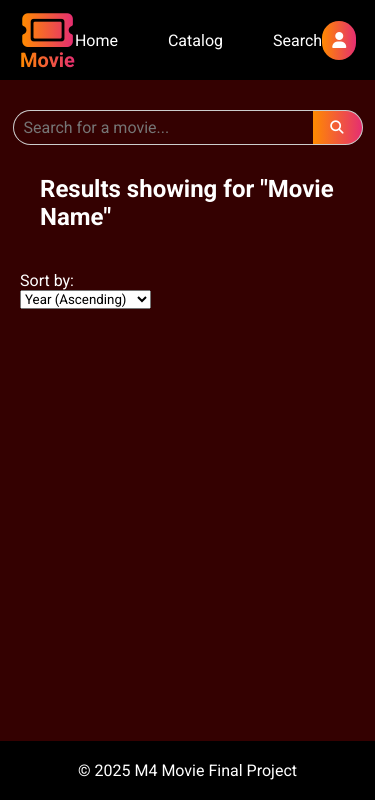
Repository: avivanguyen/m4_movie-FinalProject
Page: index.html
These files come from the project's save history. The page is drawn as it stood at one moment and after a run of saves; the edit follows.
The browser window is 375 px wide. The pictures show the whole page.
Some web libraries are served in a nearby version.

Above is the page before, as saved 2025-12-30 08:07:42.

### index.html
<!DOCTYPE html>
<html lang="en">
<head>
    <meta charset="UTF-8">
    <meta name="viewport" content="width=device-width, initial-scale=1.0">
    <title>M4 Movie Final Project</title>
    <link rel="stylesheet" href="styles.css">
    <script src="script.js" defer></script>
    <script src="https://kit.fontawesome.com/2588cf0bac.js" crossorigin="anonymous"></script>
</head>
<body>
    <nav>
        <div class="logo">
            <i class="fa-solid fa-ticket logo__ticket"></i>
            <h1 class="logo__title">Movie</h1>
        </div>
        <ul class="nav-links">
            <li><a href="#">Home</a></li>
            <li><a href="#">Catalog</a></li>
            <li><a href="#">Search</a></li>
        </ul>
        <div class="login">
            <button>
                <a href="#">
                    <i class="fa-solid fa-user login__icon"></i>
                    <span class="login__text">Login</span>
                </a>
            </button>
        </div>
    </nav>
    <main>
        <section class="search-section">
            <input type="text" id="search-input" placeholder="Search for a movie..." onchange="onSearchMovie(event)">
            <button id="search-button"><i class="fa-solid fa-magnifying-glass"></i></button>
        </section>
        <section class="results__section">
            <div id="results__container">
                <div class="breadcrumb">
                    <h2>Results showing for "<span id="search-term">Movie Name</span>"</h2>
                </div>
                <div class="sort">
                    <label for="sort-select">Sort by:</label>
                    <select id="sort-select" onchange="onSortChange(event)">
                        <option value="year-ascending">Year (Ascending)</option>
                        <option value="year-descending">Year (Descending)</option>
                        <option value="title-ascending">Movie Title (A-Z)</option>
                        <option value="title-descending">Movie Title (Z-A)</option>
                    </select>
                </div>
                <div class="loading hidden">
                    <i class="fa fa-spinner fa-spin"></i>
                </div>
                <div class="movie">
                    <div class="movie-card hidden">
                        <div class="movie-card__container" onclick="toggleModal()">
                            <div class="movie__poster">
                                <img src="./assets/movie_poster-placeholder.png" alt="">
                            </div>
                            <div class="movie__title">Movie Title</div>
                            <div class="movie__year">20XX</div>
                        </div>
                    </div>
                    <!-- <div class="movie-card">
                        <div class="movie-card__container" onclick="toggleModal()">
                            <div class="movie__poster">
                                <img src="./assets/movie_poster-placeholder.png" alt="">
                            </div>
                            <div class="movie__title">Movie Title</div>
                            <div class="movie__year">20XX</div>
                        </div>
                    </div>
                    <div class="movie-card">
                        <div class="movie-card__container" onclick="toggleModal()">
                            <div class="movie__poster">
                                <img src="./assets/movie_poster-placeholder.png" alt="">
                            </div>
                            <div class="movie__title">Movie Title</div>
                            <div class="movie__year">20XX</div>
                        </div>
                    </div>
                    <div class="movie-card">
                        <div class="movie-card__container" onclick="toggleModal()">
                            <div class="movie__poster">
                                <img src="./assets/movie_poster-placeholder.png" alt="">
                            </div>
                            <div class="movie__title">Movie Title</div>
                            <div class="movie__year">20XX</div>
                        </div>
                    </div>
                    <div class="movie-card">
                        <div class="movie-card__container" onclick="toggleModal()">
                            <div class="movie__poster">
                                <img src="./assets/movie_poster-placeholder.png" alt="">
                            </div>
                            <div class="movie__title">Movie Title</div>
                            <div class="movie__year">20XX</div>
                        </div>
                    </div>
                    <div class="movie-card">
                        <div class="movie-card__container" onclick="toggleModal()">
                            <div class="movie__poster">
                                <img src="./assets/movie_poster-placeholder.png" alt="">
                            </div>
                            <div class="movie__title">Movie Title</div>
                            <div class="movie__year">20XX</div>
                        </div>
                    </div> -->
                </div>
            </div>
        </section>
        <div class="modal">
            <div class="modal__half modal__poster">
                <figure>
                    <img src="./assets/movie_poster-placeholder.png" alt="">
                </figure>
            </div>
            <div class="modal__half modal__description">
                <h2 class="modal__title">Movie Title</h2>
                <p class="modal__year">20XX</p>
                <p class="modal__plot">Lorem ipsum dolor sit amet, consectetur adipiscing elit. Sed do eiusmod tempor incididunt ut labore et dolore magna aliqua.</p>
                <ul class="modal__details">
                    <li><strong>Director:</strong> Director Name</li>
                    <li><strong>Actors:</strong> Actor 1, Actor 2, Actor 3</li>
                    <li><strong>Runtime:</strong> XX min</li>
                </ul>
                <button class="watch">Watch Now</button>
            </div>
            <button class="close-button" onclick="toggleModal()">Close</button>
        </div>
    </main>
    <footer>
        <p>&copy; 2025 M4 Movie Final Project</p>
    </footer>
</body>
</html>

### styles.css
@import url('https://fonts.googleapis.com/css2?family=Roboto:ital,wght@0,100..900;1,100..900&display=swap');

* {
    margin: 0;
    padding: 0;
    box-sizing: border-box;
    font-family: 'Roboto', sans-serif;
}

body {
    background-color: #340101;
    min-height: 100vh;
    display: flex;
    flex-direction: column; /*ensures footer stays at bottom*/
}

a {
    text-decoration: none;
}

li {
    list-style: none;
}

.hidden {
    display: none !important;
}

/*
NAVIGATION STYLES
*/
nav {
    display: flex;
    justify-content: space-between;
    align-items: center;
    flex-direction: row;
    background-color: black;
    width: 100%;
    padding: 15px 40px;
}

.logo {
    display: flex;
    align-items: center;
    flex-direction: column;
}

.logo__ticket,
.logo__title {
    background: linear-gradient(90deg, #ff8a00, #e52e71);
    background-clip: text;
    -webkit-background-clip: text;
    -webkit-text-fill-color: transparent;
}

.logo__ticket {
    font-size: 45px;
    margin-bottom: -5px;
}

.logo__title {
    font-size: 20px;
}

.nav-links {
    display: flex;
    flex-direction: row;
    gap: 100px;
}

.nav-links a {
    color: white;
    font-size: 16px;
    transition: color 300ms ease;
}

.nav-links a:hover,
.close-button:hover {
    color: #ff8a00;
}

.login button,
.modal button.watch {
    background: linear-gradient(90deg, #ff8a00, #e52e71);
    border: none;
    padding: 10px 25px;
    border-radius: 50px;
    color: white;
    font-size: 16px;
    cursor: pointer;
    transition: transform 300ms ease;
}
.login button:hover,
.modal button.watch:hover {
    transform: scale(1.1);
}

.login a {
    color: white;
}


/*
SEARCH STYLES
*/
.search-section {
    display: flex;
    justify-content: center;
    align-items: center;
    margin: 30px 0;
}

#search-input {
    width: 400px;
    height: 35px;
    padding: 0 10px;
    font-size: 16px;
    border: 1.5px solid #ccc;
    border-right: none;
    border-radius: 50px 0 0 50px;
    outline: none;
    background-color: transparent;
    color: white;
}

#search-button {
    height: 35px;
    width: 50px;
    outline: none;
    border-radius: 0 50px 50px 0;
    border: 1.5px solid #ccc;
    border-left: none;
    cursor: pointer;
    background: linear-gradient(90deg, #ff8a00, #e52e71);
    transition: all 300ms ease;
    position: relative;
}
#search-button:hover {
    background: transparent;
    border: 2px solid transparent;
    background-image: linear-gradient(#340101, #340101), linear-gradient(90deg, #ff8a00, #e52e71);
    background-origin: border-box;
    background-clip: padding-box, border-box;
}

.search-section #search-button i {
    color: white;
}

/*
LOADING STYLES
*/
.loading {
    justify-content: center;
    align-items: center;
    margin-top: 20px;
    opacity: 1;
    transition: opacity 500ms ease-in-out;
}

.loading:not(.hidden) {
    display: flex;
}

.loading.hidden {
    opacity: 0;
    transition: opacity 500ms ease-in-out 1000ms;
}

.fa-spinner {
    font-size: 35px;
    color: white;
}

/*
RESULTS STYLES
*/
.breadcrumb {
    color: white;
    margin-left: 20px;
    margin-bottom: 40px;
}

.sort label {
    color: white;
    margin-right: 10px;
}

.sort {
    display: flex;
    justify-content: flex-end;
    align-items: center;
    margin-top: -65px;
}

.results__section {
    margin: 0 60px;
}

.movie {
    width: 100%;
    height: auto;
    padding: 0 80px;
    margin-top: 20px;
    display: flex;
    flex-direction: row;
    flex-wrap: wrap;
    justify-content: center;
}

.movie-card {
    cursor: pointer;
    margin: 15px;
    width: 200px; /*makes sure all cards are same size and that the text doesn't overflow*/
    display: flex;
    flex-direction: row;
    flex-wrap: wrap;
    justify-content: center;
    transition: transform 300ms ease;
}
.movie-card:hover {
    transform: scale(1.05);
    background-color: #4d0d0d;
    border-radius: 8px;
    box-shadow: 0 6px 12px #4d0d0d;
}

.movie-card__container {
    padding: 4px 18px;
}

.movie__poster img {
    width: 200px;
    height: 300px;
    box-shadow: 0 4px 8px rgba(0, 0, 0, 0.2);
}

.movie__title,
.movie__year {
    color: white;
    text-align: center;
    margin-top: 2px;
}

/*
MODAL STYLES
*/
.modal {
    display: flex;
    position: fixed;
    top: 50%;
    left: 50%;
    transform: translate(-50%, -50%);
    width: 90%;
    max-width: 1100px;
    background-color: #4b3434;
    box-shadow: 0 6px 12px #4d0d0d;
    visibility: hidden;
    transition: visibility 400ms, z-index 300ms ease;
}

.modal--open .modal {
    display: flex;
    z-index: 50;
    box-shadow: 0 6px 12px #4d0d0d;
    visibility: visible;
}

.modal__half {
    display: flex;
    flex-direction: column;
    justify-content: center;
    position: relative;
}

.modal__poster img {
    width: 100%;
}

.modal__description {
    padding: 80px;
    color: white;
    line-height: 2.5;
}

.watch {
    margin-top: auto;
    width: 50%;
    display: flex;
    justify-content: center;
    align-items: center;
    margin-left: 100px;
}

.close-button {
    position: absolute;
    top: 15px;
    right: 30px;
    font-size: 20px;
    color: white;
    cursor: pointer;
    background-color: transparent;
    border: none;
}

/*
FOOTER STYLES
*/
footer {
    text-align: center;
    padding: 20px 0;
    background-color: black;
    color: white;
    margin-top: auto;
}


/*
RESPONSIVE STYLES
*/
@media (max-width: 768px) {
    .nav-links {
            gap: 75px;
        }

    #search-input {
        width: 300px;
    }

    .movie-card {
        margin: 15px;
    }

    .modal__description {
        padding: 40px;
        line-height: 2;
    }

    .modal__details {
        margin-bottom: 15px;
    }

    .close-button {
        font-size: 18px;
    }
}

@media (max-width: 480px) {
    nav {
        padding: 8px 20px;
    }
    .nav-links {
        gap: 50px;
    }

    .login__text {
        display: none;
    }
    .login button {
        padding: 10px;
    }

    .sort {
        margin-top: 10px;
        display: flex;
        flex-direction: column;
        align-items: flex-start;}

    .movie-card {
        margin: 8px;
    }
    .movie__poster img {
        width: 150px;
        height: auto;
    }
    .movie__title, .movie__year {
        font-size: 20px;
    }

    .results__section {
        margin: 0 20px;
    }
    .movie {
        padding: 0;
    }

    .modal {
        flex-direction: column;
    }
    .modal__description {
        padding: 18px;
        line-height: 1.8;
    }
    .modal__poster {
        display: flex;
        justify-content: center;
        align-items: center;
        text-align: center;
    }
    .modal__poster img {
        width: 50%;
    }
}

### script.js
//API key: 5aa2e87d
//base URL: https://www.omdbapi.com/?apikey=5aa2e87d&s=MOVIE_NAME_HERE

//Modal functionality
let isModalOpen = false;

function toggleModal() {
  if (isModalOpen) {
    isModalOpen = !isModalOpen;
    return document.body.classList.remove("modal--open");
  }
  isModalOpen = true;
  document.body.classList += " modal--open";
}

//Search functionality
async function onSearchMovie(event) {
  const searchMovie = event.target.value;

  if (!searchMovie) return;

  //breadcrumb
  document.getElementById("search-term").textContent = searchMovie;

  const movieContainer = document.querySelector(".movie");
  const loadingSpinner = document.querySelector(".loading");

  loadingSpinner.classList.remove("hidden");

  // Fetch movies from API
  const response = await fetch(
    `https://www.omdbapi.com/?apikey=5aa2e87d&s=${searchMovie}`
  );
  const data = await response.json();

  loadingSpinner.classList.add("hidden");

  if (data.Response === "True") {
    movieContainer.innerHTML = data.Search
    .slice(0, 6) // Limit to first 6 results//
      .map((movie) => movieCardHtml(movie))
      .join("");
  } else {
    movieContainer.innerHTML = `<div class="breadcrumb">
            <h2>Results showing for "<span id="search-term">${searchMovie}</span>"</h2>
        </div>`;
  }
}

//Movie card results
function movieCardHtml(movie) {
  return `
    <div class="movie-card">
        <div class="movie-card__container" onclick="toggleModal()">
            <div class="movie__poster">
                <img src="${
                  movie.Poster !== "N/A"
                    ? movie.Poster
                    : "./assets/movie_poster-placeholder.png"
                }" alt="">
            </div>
            <div class="movie__title">${movie.Title}</div>
            <div class="movie__year">${movie.Year}</div>
        </div>
    </div>`;
}

// //Movie modal results
// async function movieModalHtml(imdbID) {
//   toggleModal();
//   const response = await fetch(
//     `https://www.omdbapi.com/?apikey=5aa2e87d&i=${imdbID}`
//   );
//   const movie = await response.json();

//   document.querySelector(".modal__poster img").src =
//     movie.Poster !== "N/A"
//       ? movie.Poster
//       : "./assets/movie_poster-placeholder.png";
//   document.querySelector(".modal__title").textContent = movie.Title;
//   document.querySelector(".modal__year").textContent = movie.Year;
// }
// function movieModalHtml(movie) {
//   return `
//     <div class="modal">
//             <div class="modal__half modal__poster">
//                 <figure>
//                     <img src="${
//                       movie.Poster !== "N/A"
//                         ? movie.Poster
//                         : "./assets/movie_poster-placeholder.png"
//                     }" alt="">
//                 </figure>
//             </div>
//             <div class="modal__half modal__description">
//                 <h2 class="modal__title">${movie.Title}</h2>
//                 <p class="modal__year">${movie.Year}</p>
//                 <p class="modal__plot">Lorem ipsum dolor sit amet, consectetur adipiscing elit. Sed do eiusmod tempor incididunt ut labore et dolore magna aliqua.</p>
//                 <ul class="modal__details">
//                     <li><strong>Director:</strong> Director Name</li>
//                     <li><strong>Actors:</strong> Actor 1, Actor 2, Actor 3</li>
//                     <li><strong>Runtime:</strong> XX min</li>
//                 </ul>
//                 <button class="watch">Watch Now</button>
//             </div>
//             <button class="close-button" onclick="toggleModal()">Close</button>
//         </div>`;
// }

After the next 2 saves:
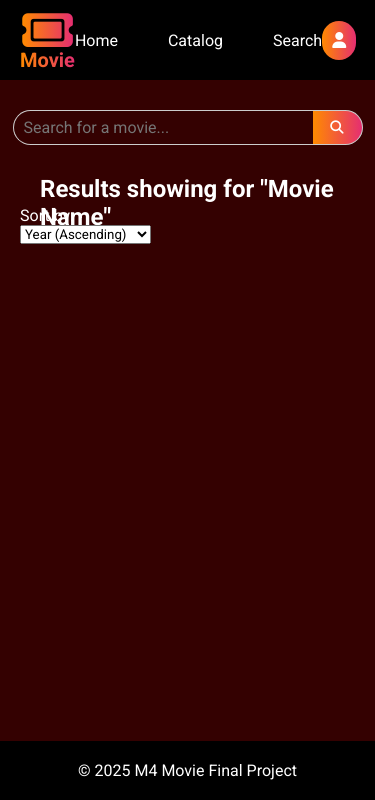
The 2 saves are shown as one change because they came seconds apart.
The last was saved 7 s later.
--- a/styles.css
+++ b/styles.css
@@ -361,10 +361,10 @@
     }
 
     .sort {
-        margin-top: 10px;
         display: flex;
         flex-direction: column;
-        align-items: flex-start;}
+        align-items: flex-start;
+    }
 
     .movie-card {
         margin: 8px;

After the 4 saves that followed:
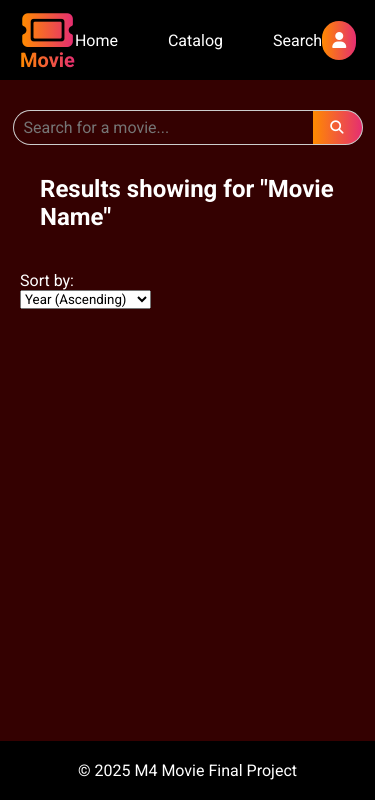
The 4 saves are shown as one change because they came seconds apart.
The last was saved 13 s later.
--- a/styles.css
+++ b/styles.css
@@ -361,6 +361,7 @@
     }
 
     .sort {
+        margin-top: 8px;
         display: flex;
         flex-direction: column;
         align-items: flex-start;
